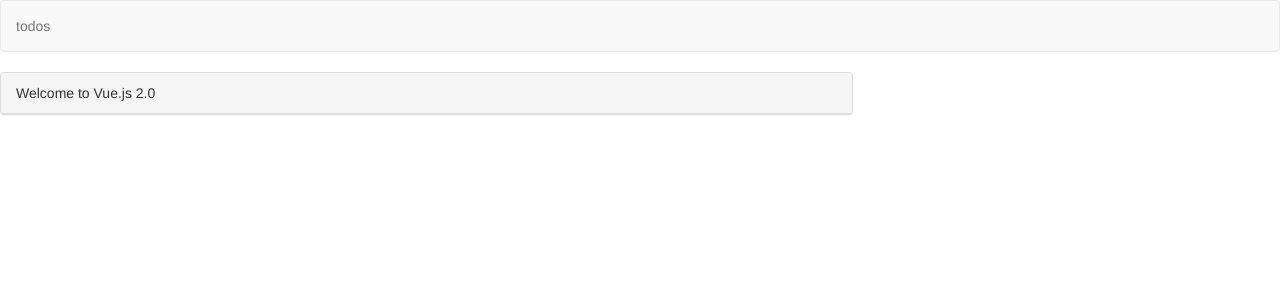
Repository: myr1111/todo
Page: Todoapp/index.html
These files come from the project's save history. The page is drawn as it stood at one moment and after the next save; the edit follows.
The browser window is 1280 px wide. The pictures show the whole page.

Above is the page before, as saved 2019-04-01 08:08:15.

After the next save:
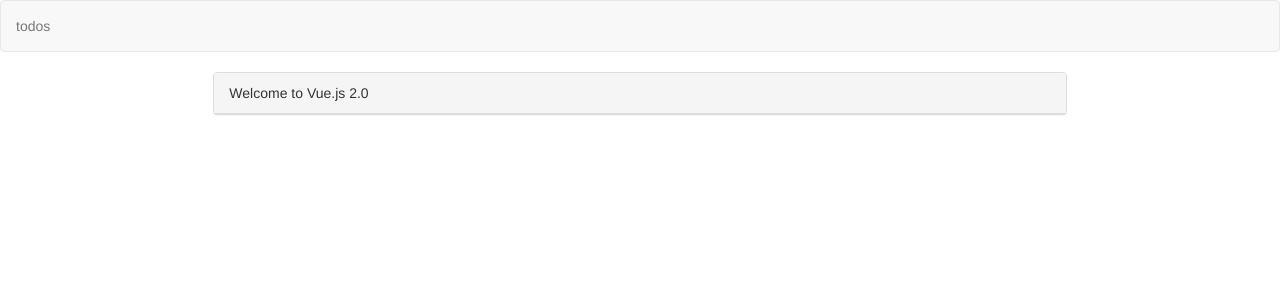
Saved 15 s later.
--- a/Todoapp/index.html
+++ b/Todoapp/index.html
@@ -12,7 +12,7 @@
     <nav class="navbar navbar-default">
         <p class="navbar-text">todos</p>
     </nav>
-    <div class="container col-md-8">
+    <div class="container col-md-8 col-md-offset-2">
         <div class="row">
             <div class="panel panel-default">
                 <div class=" panel-heading">Welcome to Vue.js 2.0</div>
